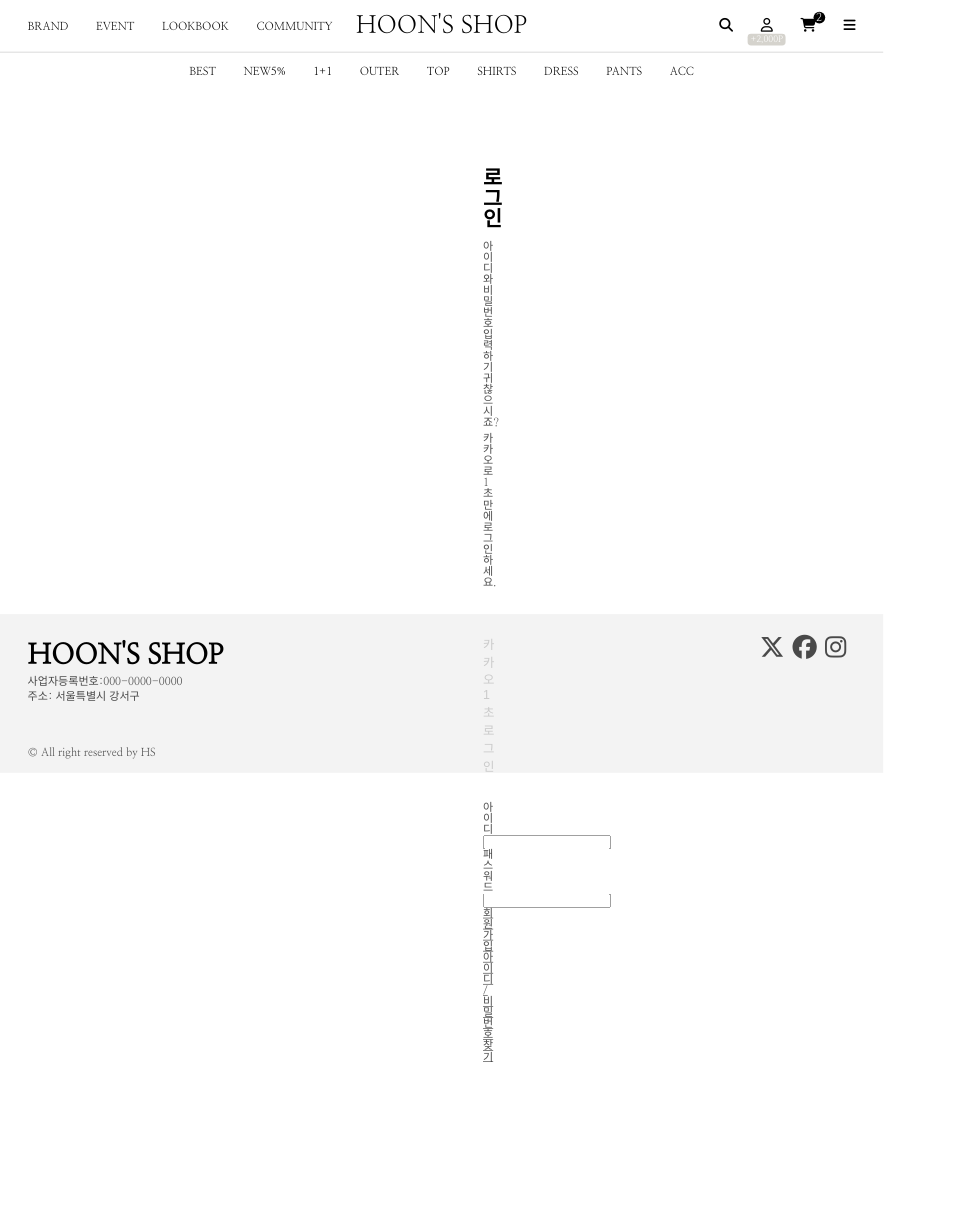
Repository: Iimchaehoon/cafeProject
Page: login.html
These files come from the project's save history. The page is drawn as it stood at one moment and after the next save; the edit follows.
The browser window is 1280 px wide. The page is 1400 px wide, so the pictures cover 1400 px, including what lies to the right of the window. The pictures show the whole page, at 69% of full size.
Some web libraries are served in a nearby version.

Above is the page before, as saved 2024-07-29 20:35:23.

After the next save:
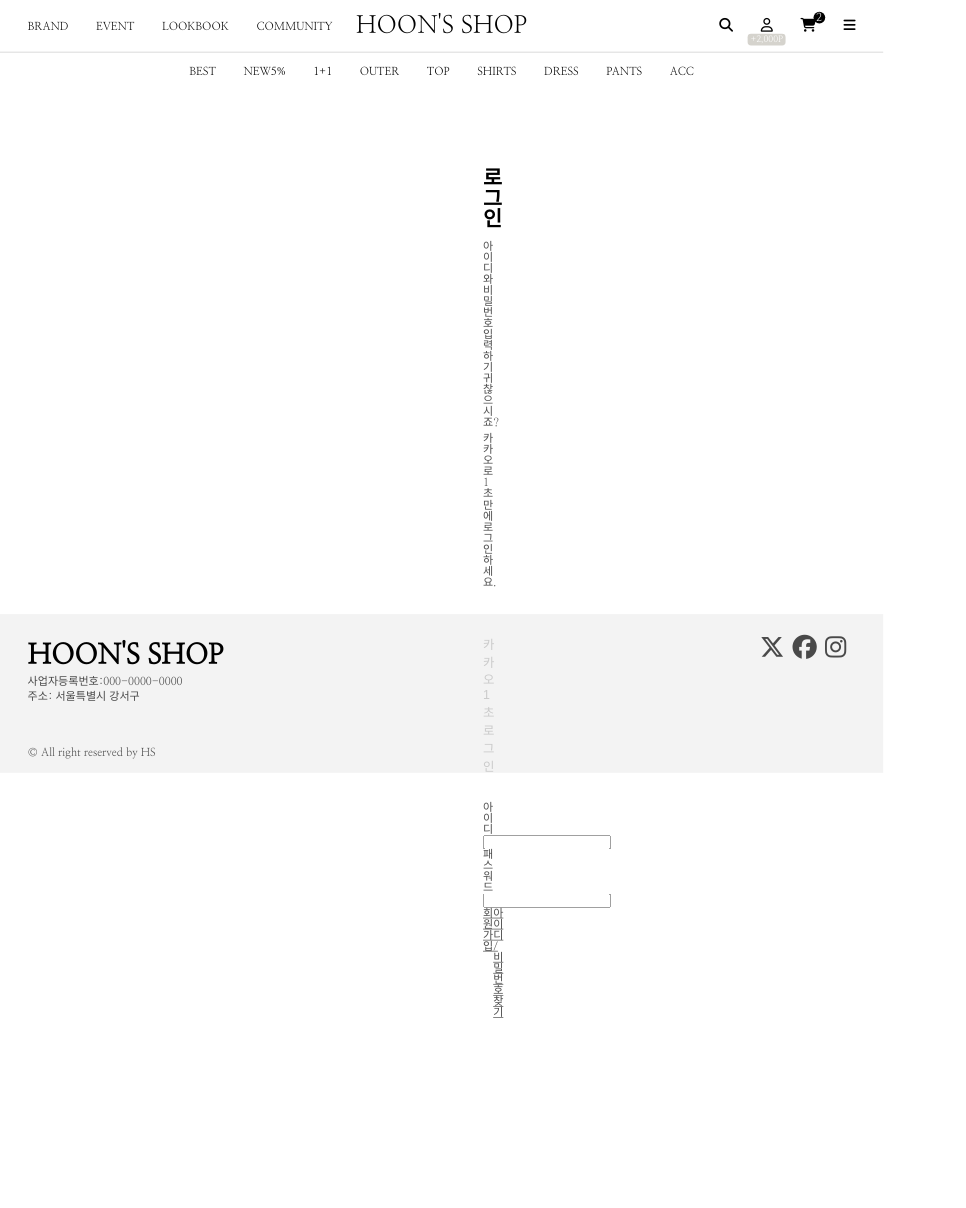
Saved 40 s later.
--- a/src/css/pages/login.css
+++ b/src/css/pages/login.css
@@ -39,3 +39,7 @@
 .login__btn-naver {
   background-color: #1dc800;
 }
+.login__text-box {
+  margin-bottom: 30px;
+  display: flex;
+}
